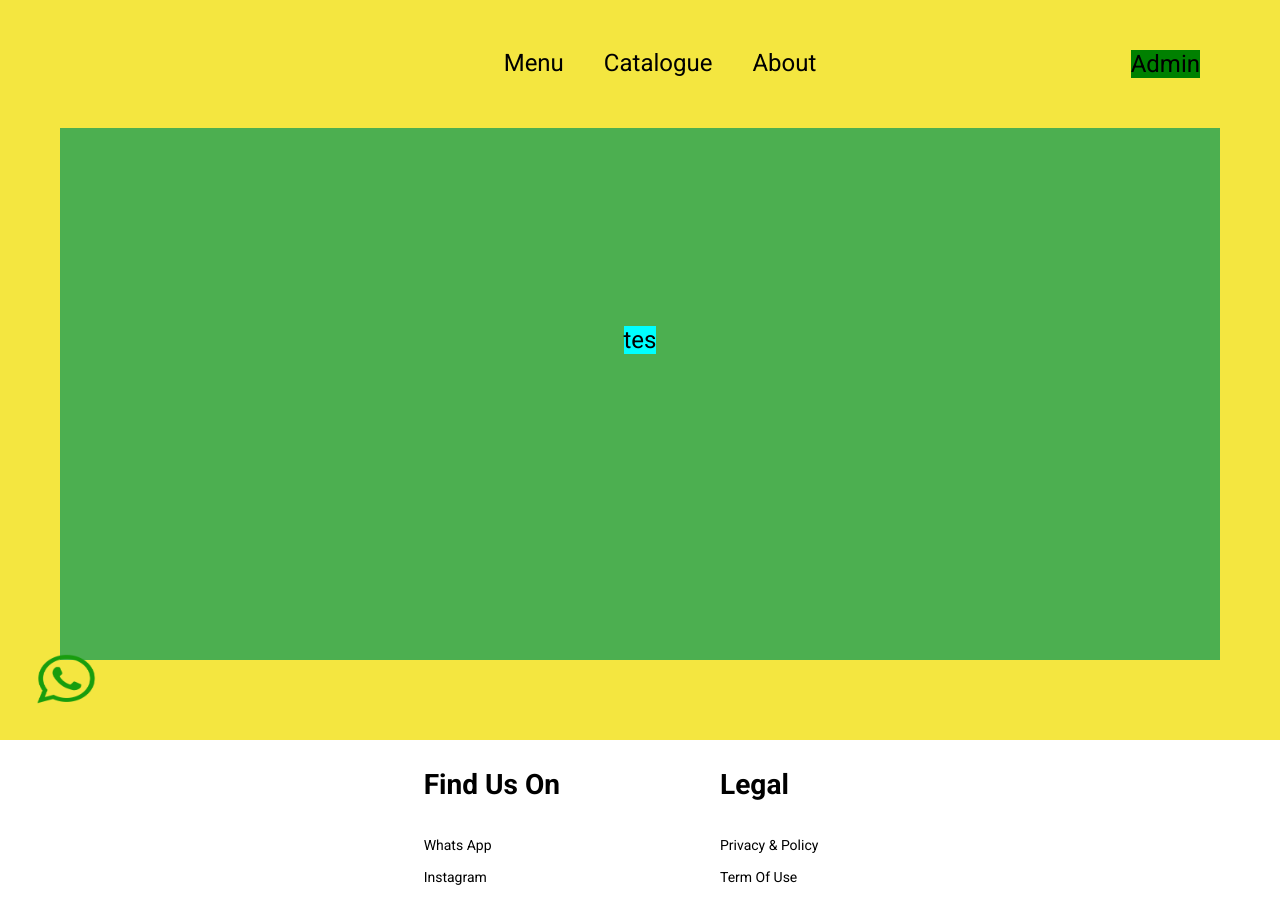
Repository: Fauzaanmhmd/Skripsi
Page: /about
These files come from the project's save history. The page is drawn as it stood at one moment and after the next save; the edit follows.
The browser window is 1280 px wide. The pictures show the whole page.
The project was rebuilt for these pictures with package versions that can differ from the ones it lists, and the page was loaded fresh each time. The framework's server and built-in components were replaced by stand-ins that run in the browser. Also part of the build but not shown: next.config.js, components/background.js.

Above is the page before, as saved 2021-06-01 09:26:37.

### pages/about/index.js
import Layout from "../../components/Layout"

export default function About({ recipes }) {
    return (
        <Layout>
            <div className="admin">
                <div className="admin_container">
                    tes
                </div>
            </div>
        </Layout>

    )
}

### styles/globals.css
@import url('https://fonts.googleapis.com/css2?family=Roboto:ital,wght@0,100;0,300;0,400;0,500;0,700;0,900;1,100;1,300;1,400;1,500;1,700;1,900&display=swap');

body {
  background: #F4E640;
  margin: 0;
  font-family: 'Roboto';
  font-size: 1.5em;
}
.layout {
  min-height: 100vh;
  display: flex;
  flex-direction: column;
}
header {
  text-align: center;
}
header a {
  text-decoration: none;
  color: black;
  text-transform: uppercase;
  display: inline-block;
}
header h1, header h2 {
  margin: 0;
}
header span {
  display: block;
  line-height: 1em;
}
header span:first-child {
  font-size: 1em;
  font-weight: 400;
}
header span:last-child {
  font-size: 1.5em;
  font-weight: 800;
}
header h2 {
  font-size: 1.2em;
  font-weight: 400;
}

.page-content {
  max-width: 1200px;
  margin: 20px auto 80px;
  padding: 0 20px;
  width: 100%;
  box-sizing: border-box;
}

ul{
  list-style-type: none;
  display: flex;
}

.ul_foot {
  display: flex;
  flex-direction: column;
  width: 100%;
}

.socmed {
  display: fixed;
  flex-direction: column;
  bottom: 0;
  left: 0;

}

.ul_foot > li {
  border-bottom: none;
}

.ul_foot >li:hover {
  border-bottom: none;
}
li {
  margin: 20px;
  cursor: pointer;
  border-bottom: 2px solid #F4E640;
}
li:hover {
background-color: transparent;
border-bottom: 2px solid black;
}
.navimg{
  position: absolute;
  left: 20px;
}
.zoom:hover {
  -ms-transform: scale(1.5); /* IE 9 */
  -webkit-transform: scale(1.5); /* Safari 3-8 */
  transform: scale(1.5);
  transition: transform .9s;
}

img {
  width: 550px;
  height: 380px;
  margin: 10px 0 0 0;
  padding: 10px 20px 0px 20px;
  display: flex;
  justify-content: center;
  align-items: center;
  position: relative;
  cursor: pointer;
}

img:hover {
  -ms-transform: scale(1.1); /* IE 9 */
  -webkit-transform: scale(1.1); /* Safari 3-8 */
  transform: scale(1.1);
  transition: transform .9s;
}

.image {
  display: grid;
  grid-template-columns: repeat(2,minmax(0,1fr));
  grid-gap: 5rem;
}

.img_product{
  width: 550px;
  height: 380px;
  margin: auto;
  margin-top: 150px;
  padding: 10px 20px 0px 20px;
  display: flex;
  justify-content: center;
  align-items: center;
  position: relative;
  cursor: pointer;
}

.button {
  cursor : pointer;
  margin: 0 30px;
  padding: 0 20px;
  width: 100px;
}

.button {
  cursor: pointer;
  border-bottom-width: 2px;
  background-color: #4CAF50;
  color: white;
  padding: 12px 20px;
  border: none;
  border-radius: 4px;
  cursor: pointer;
  float: center;
}

.img-bg {
  display: flex;
  background-color: white;
  flex-direction: column;
  justify-content: center;
  align-items: center;
  width: 65%;
  height: 150px;
  margin: -30px 130px 40px 130px;
  grid-template-columns: repeat(2,minmax(0,1fr));
}

.zoom-dropdown:hover {
  -ms-transform: scale(1.5); /* IE 9 */
  -webkit-transform: scale(1.5); /* Safari 3-8 */
  transform: scale(1.5);
  transition: transform .9s;
}

.zoom_wrapper {
  margin-top: 120px;
  width: 100%;
  text-align: center;
}

.form_catalogue {
  display: flex;
  background-color: white;
  flex-direction: column;
  justify-content: center;
  align-items: center;
  width: 100%;
  height: auto;
  margin: 20px 130px 140px 0px;
  border-radius: 20px;
}

section {
  background-color: white;
  padding: 1rem 1rem;
  border-radius: 20px;
}
.input-field {
  background:rgba(255,255,255,0.1);
  margin-bottom:10px;
  margin-top:3px;
  line-height:1.5em;
  font-size:20px;
  font-size:1.3rem;
  border:none;
  padding:5px 10px 5px 10px;
  color:black;
  box-sizing:border-box;
  width:100%;
  margin-left:auto;
  margin-right:auto;
}

* {
  box-sizing: border-box;
}

input[type=text], select, textarea {
  width: 100%;
  padding: 12px;
  border: 1px solid #ccc;
  border-radius: 4px;
  resize: vertical;
}

label {
  padding: 12px 12px 12px 0;
  display: inline-block;
}

input[type=submit] {
  background-color: #4CAF50;
  color: white;
  padding: 12px 20px;
  border: none;
  border-radius: 4px;
  cursor: pointer;
  float: right;
}

input[type=submit]:hover {
  background-color: #45a049;
}

.container {
  border-radius: 5px;
  background-color: #f2f2f2;
  padding: 20px;
}

.col-25 {
  float: left;
  width: 25%;
  margin-top: 6px;
}

.col-75 {
  float: left;
  width: 75%;
  margin-top: 6px;
}

/* Clear floats after the columns */
.row:after {
  content: "";
  display: table;
  clear: both;
}

.form {
  text-align: center;
  margin-top: 130px;
}

.form_button {
  border-bottom-width: 2px;
  background-color: #4CAF50;
  color: white;
  padding: 12px 20px;
  border: none;
  border-radius: 4px;
  cursor: pointer;
  float: right;
}

.swal-title {
  margin: 0px;
  font-size: 16px;
  box-shadow: 0px 1px 1px rgba(0, 0, 0, 0.21);
  margin-bottom: 28px;
}


.navbar {
  display: flex;
  justify-content: center;
  padding: 5px 20px;
  align-items: center;
  background-color: #F4E640;
  flex-direction: column-reverse;
  position: fixed;
  z-index: 999;
  width: 100%;
}

/* footer {
  background: white;
  color: black;
  padding: 40px;
  text-align: center;
  display: flex;
  align-items: center;
  width: 100%;
  justify-content: space-around
} */
footer {
  display: flex;
  justify-content: center;
  background-color: white;
}

.footer_inner {
  display: grid;
  grid-template-columns: repeat(2, minmax(0, 1fr));
  grid-gap: 10rem;
}

.footer_list{
  display: flex;
  flex-direction: column;
  padding-left: 0;
}

.footer_listItem {
  margin: .5rem 0;
  font-size: 14px;
  border-bottom: none;
}

.footer_list a {
  text-decoration: none;
  color: black;
}
.icon_wa {
  position: fixed;
  z-index: 99999;
  bottom: 16px;
  left: 16px;
}

.icon_waImg {
  height: 60px;
  width: 100px;
  background-color: transparent;
}

.content a {
  background-color: #45a049;
  padding: 10px 20px;
  border-radius: 30px;
  color: black;
  text-decoration: none;
  width: fit-content;
}

.content {
  float: left;
  padding: 10px;
  text-decoration: none;
}

.socmed a {
  margin: 10px;
}

.modal {
  display: flex;
  justify-content: center;
  align-items: center;
  position: fixed;
  top: 0;
  right: 0;
  bottom: 0;
  background-color: #0000009c;
  left: 0;
  z-index: 1000;
}

.modal_container{
  width: 500px;
  height: 100px;
  padding-left: -5px;
  background-color: white;
  border-radius: 6px;
  position: relative;
  text-align: center;
  padding-top: 15px;
  padding-right: 60px;
  font-size: 22px;
}

.button_click {
  position: absolute;
  top: 1rem;
  right: 2rem;
  cursor: pointer;
}

.fa-check-square:before {
  position: relative;
  right: 0;
  content: "\f14a";
  font-size: 60px;
  color: #45a049;
}

.background {
  display: flex;
  padding: 20px 20px;
}

.background_judul {
  display: flex;
  justify-content: center;
  align-items: center;
  width: 50%;
}

.bg_img {
  margin-top: 100px;
  width: 99vw;
  position: relative;
}

.bg_text {
  background-color: transparent;
}

@media screen and (max-width: 765px) {
  .image {
    grid-template-columns: repeat(1,minmax(0,1fr));
    grid-gap: 5rem;
  }
  .footer_inner {
  grid-template-columns: repeat(1, minmax(0, 1fr));
  grid-gap: 10rem;
  }

  .img {
    width: 225px;
    height: 190px;
  }

  .image_wrapper {
    display: flex;
    align-items: center;
    justify-content: center;
    flex-direction: column;
  }

  .bg_img {
    width: 100vw;
    height: auto;
    display: flex;
    align-items: center;
    justify-content: center;
  }
}

.admin {
  display: flex;
  justify-content: center;
  align-items: center;
  width: 100%;
  height: 50vw;
  background-color: #4CAF50;
}

.admin_container {
  background-color: aqua;
}

.navbar_admin {
  position: absolute;
  background-color: green;
  right: 80px;
}

### components/Layout.js
import Link from 'next/link'
import Navbar from './Navbar'
import Background from './background'

export default function Layout({ children, withBackground, judul }) {

  return (
    <div className="layout">
      <header>
        <Navbar />
      </header>

      {
        withBackground &&
        <>
          <Background />
          {
            judul
          }
        </>
      }

      <div className="page-content">
        {children}
      </div>

      <footer>
        <div className="footer_inner">
          <div className="footer_item">
            <h3>Find Us On</h3>
            <ul className="footer_list">
              <a target="blank" href="https://wa.link/74wpl7">
                <li className="footer_listItem">Whats App</li>
              </a>
              <a target="blank" href="http://www.instagram.com/fauzaan.mhmd/">
                <li className="footer_listItem">Instagram</li>
              </a>
            </ul>
          </div>
          <div className="footer_item">
            <h3>Legal</h3>
            <ul className="footer_list">
              <Link href={`/catalogue/privacypolicy`}>
                <li className="footer_listItem">Privacy & Policy</li>
              </Link>
              <Link href={`/catalogue/termofuse`}>
                <li className="footer_listItem">Term Of Use</li>
              </Link>
            </ul>
          </div>
        </div>
        <div className="icon_wa">
          <a target="blank" href="https://wa.link/74wpl7">
            <img className="icon_waImg" src="/img/wa.png" alt="" />
          </a>
        </div>
      </footer>
    </div >
  )
}

### components/Navbar.js
import Link from 'next/link'

const Navbar = props => {
    return (
        <div className="navbar">
            <ul className="navbar_menu">
                <Link href="/">
                    <li className="zoom">Menu</li>
                </Link>
                <Link href="/catalogue">
                    <li className="zoom-dropdown">Catalogue</li>
                </Link>
                <Link href="/about">
                    <li className="zoom">About</li>
                </Link>
            </ul>
            <div className="navbar_admin">Admin</div>
        </div>
    )
}

export default Navbar

Loaded but not shown: pages/_app.js (common file)

After the next save:
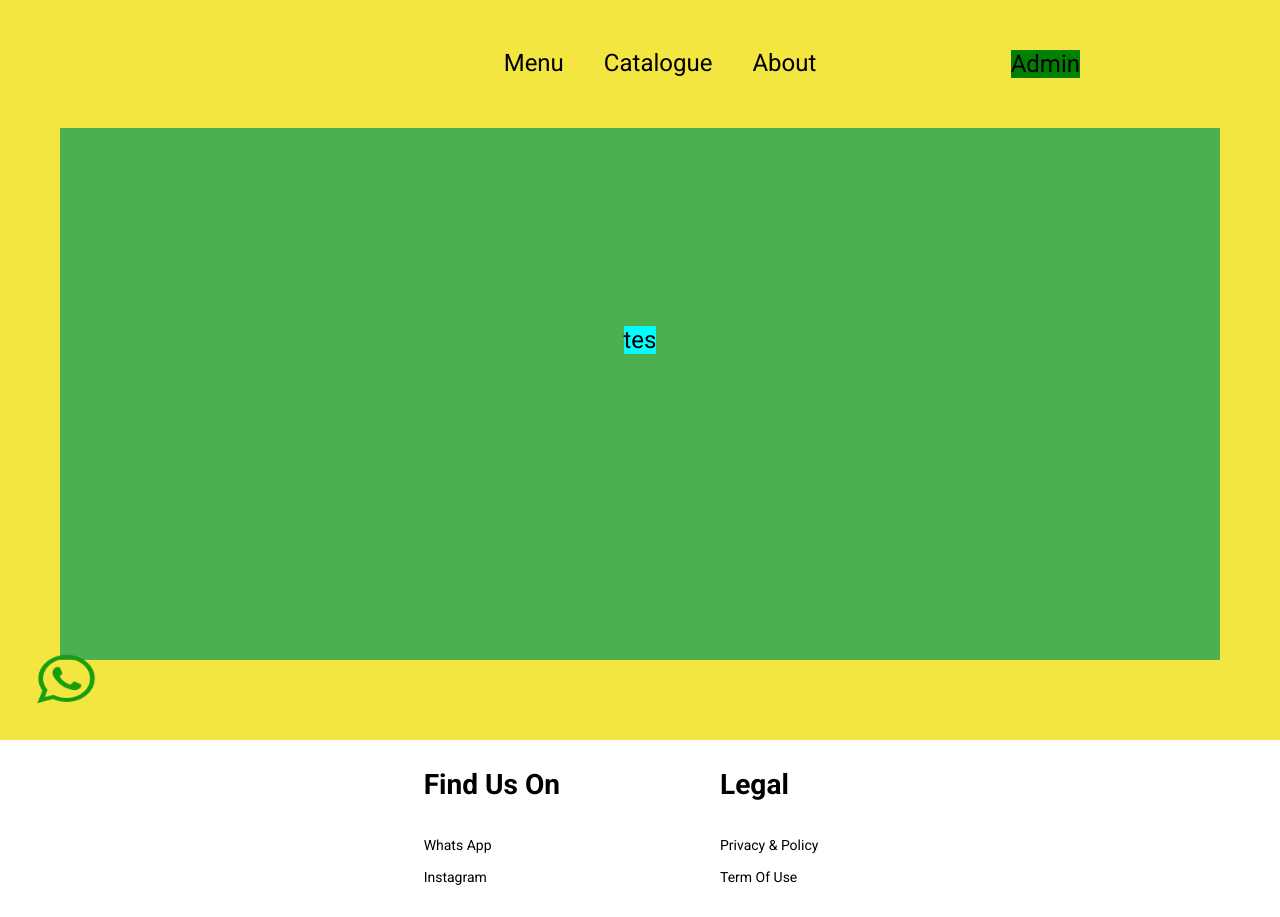
Saved 10 s later.
--- a/styles/globals.css
+++ b/styles/globals.css
@@ -481,5 +481,5 @@
 .navbar_admin {
   position: absolute;
   background-color: green;
-  right: 80px;
-}
+  right: 200px;
+}
